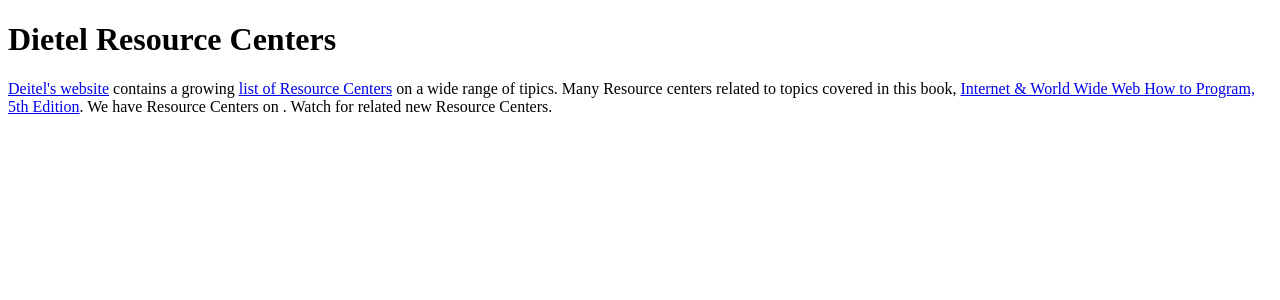
Repository: mlmEFSC21/P20-DOM-Links-Collection
Page: collections.html
An editor plug-in stored every save of this project. The page is shown before and after the next save, followed by the edit.
The browser window is 1280 px wide. The pictures show the whole page.

Above is the page before, as saved 2022-04-11 14:23:26.

After the next save:
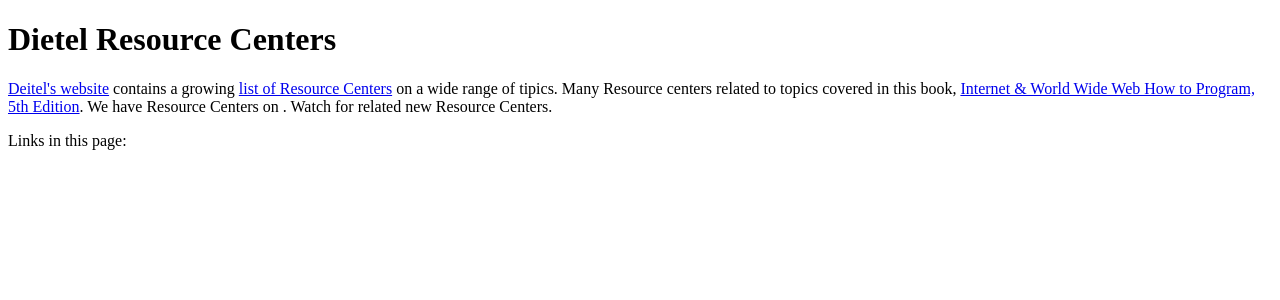
Saved 28 s later.
--- a/collections.html
+++ b/collections.html
@@ -23,5 +23,7 @@
             ><a href="http://"></a><a href="http://"></a><a href="http://"></a>. Watch for related
             new Resource Centers.
         </p>
+        <p>Links in this page:</p>
+        <div id="links"></div>
     </body>
 </html>
